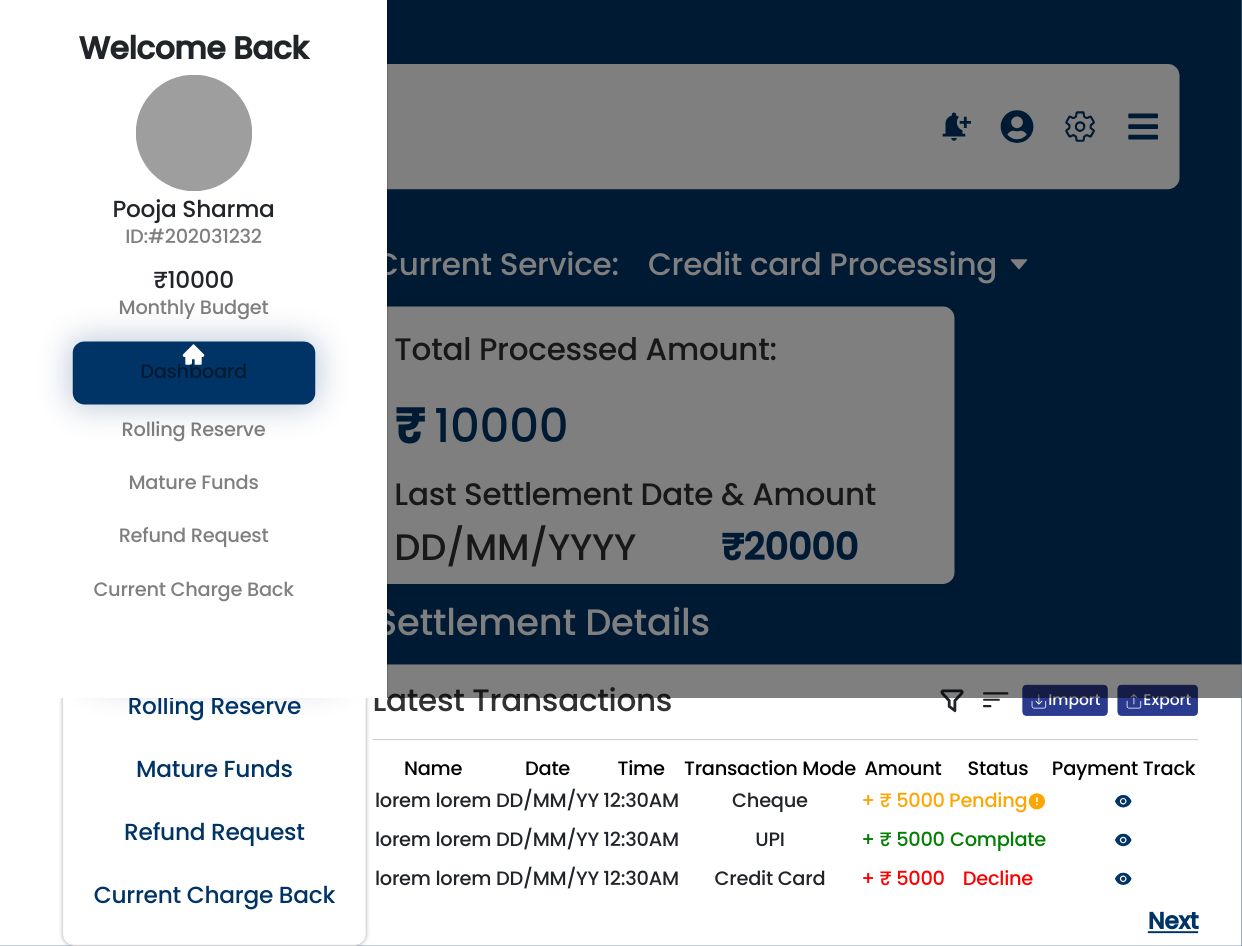
Repository: FlyweisReact/Prashant
Page: /dashboard, after clicking the first element matching `svg.bars`
These files come from the project's save history. The page is drawn as it stood at one moment and after a run of saves; the edit follows.
The browser window is 1280 px wide. The pictures show the whole page, at 97% of full size.
Pictures or frames that could not be fetched are drawn as grey boxes. Some web libraries are served in a nearby version. The project was rebuilt for these pictures with package versions that can differ from the ones it lists, and the page was loaded fresh each time. Also part of the build but not shown: src/Pages/CryptoPayment.jsx, src/Pages/CurrentCharge.jsx, src/Styles/Login.module.css, src/Components/Login/LoginFirstSection.jsx, src/Components/Login/LoginMainSection.jsx, src/Pages/Login.jsx, src/Pages/MatureFund.jsx, src/Pages/OpenBanking.jsx and 12 more.

Above is the page before, as saved 2023-03-23 18:07:48.

### public/index.html
<!DOCTYPE html>
<html lang="en">
  <head>
    <meta charset="utf-8" />
    <link rel="icon" href="%PUBLIC_URL%/favicon.ico" />
    <meta name="viewport" content="width=device-width, initial-scale=1" />
    <meta name="theme-color" content="#000000" />
    <meta
      name="description"
      content="Web site created using create-react-app"
    />
    <link rel="apple-touch-icon" href="%PUBLIC_URL%/logo192.png" />
    <link rel="manifest" href="%PUBLIC_URL%/manifest.json" />
    <title>React App</title>
  </head>
  <body>
    <noscript>You need to enable JavaScript to run this app.</noscript>
    <div id="root"></div>
  </body>
  <style>
    @import url("https://fonts.googleapis.com/css2?family=Lilita+One&family=PT+Sans&family=Poppins:wght@500&display=swap");
  </style>
  <script src="https://kit.fontawesome.com/b533b351e4.js" crossorigin="anonymous"></script>
</html>

### src/App.css
/** @format */

.App {
  text-align: center;
}

.App-logo {
  height: 40vmin;
  pointer-events: none;
}
.font-poppins {
  font-family: "Poppins";
}

@media (prefers-reduced-motion: no-preference) {
  .App-logo {
    animation: App-logo-spin infinite 20s linear;
  }
}

.App-header {
  background-color: #282c34;
  min-height: 100vh;
  display: flex;
  flex-direction: column;
  align-items: center;
  justify-content: center;
  font-size: calc(10px + 2vmin);
  color: white;
}

.App-link {
  color: #61dafb;
}

@keyframes App-logo-spin {
  from {
    transform: rotate(0deg);
  }
  to {
    transform: rotate(360deg);
  }
}


/* Normal Css */
.NotificationModal .NotificationModalFirst{
    margin-top: 5px;
    display: flex;
    align-items: center;
    justify-content: space-between;
}
 .NotificationModal .NotificationModalFirst h1{
font-family: 'Poppins';
font-style: normal;
font-weight: 500;
font-size: 24px;
line-height: 18px;
letter-spacing: -0.28px;
color: #000000;
}

.NotificationModal .close {
  position: relative;
  width: 100%;
  height: 40px;
}
.NotificationModal .fa-x{
  position: absolute;
  right: 0px;
  font-size: 22px;
  cursor: pointer;
}
.NotificationModal p{
  font-family: 'Poppins';
  font-style: normal;
  font-weight: 500;
  font-size: 20px;
  line-height: 18px;
  letter-spacing: -0.28px;
  color: #000000;
}

.NotificationModal .NotificationDiv div h1{
  font-family: 'Poppins';
font-style: normal;
font-weight: 400;
font-size: 16px;
line-height: 18px;
letter-spacing: -0.28px;
width: 70%;
}
.NotificationModal .NotificationDiv div p{
  font-family: 'Poppins';
font-style: normal;
font-weight: 300;
font-size: 10px;
line-height: 18px;
letter-spacing: -0.28px;

color: rgba(0, 0, 0, 0.5);
}
.NotificationModal .NotificationDiv div div{
  display: flex;
  justify-content: space-between;
  align-items: center;
}
.NotificationModal .NotificationDiv div div p{
  font-family: 'Poppins';
font-style: normal;
font-weight: 400;
font-size: 12px;
line-height: 18px;
letter-spacing: -0.28px;
margin: 0;
color: rgba(0, 0, 0, 0.5);
}
.NotificationModal .Time{
  font-family: 'Poppins';
  font-style: normal;
  font-weight: 400;
  font-size: 12px;
  line-height: 18px;
  letter-spacing: -0.28px;
  color:  #003466;
}

.NotificationModal .NotificationDiv{
  display: flex;
align-items: center;
gap: 20px;
}
.NotificationModal .NotificationDiv div img{
  width: 60px;
height: 60px;
border-radius: 50%;
}

.modal.fade .modal-dialog .modal-content{
  border-radius: 0px;
}

/* .bars{
  display: none;
} */




.offSideBarMain {
padding: 10px;
text-align: center;
}
.offSideBarMain  h1{
  text-align: center;
  font-family: 'Poppins';
font-style: normal;
font-weight: 700;
font-size: 32px;
margin-top: 5px;
letter-spacing: -0.28px;
}
.offSideBarMain  div{
  width: 100%;
}
.offSideBarMain  div div{
  text-align: center;
}
.offSideBarMain .upper img{
  width: 120px;
height: 120px;
  border-radius: 50%;
}
.offSideBarMain  div div h1{
  font-family: 'Poppins';
font-style: normal;
font-weight: 500;
font-size: 24px;
letter-spacing: -0.28px;
}
.offSideBarMain  div div p{
  font-family: 'Poppins';
font-style: normal;
margin-top: -10px;
font-weight: 300;
font-size: 20px;
line-height: 30px;
letter-spacing: -0.28px;
color: rgba(0, 0, 0, 0.5);
}
.offSideBarMain .TotalBudgetDiv{
  display: flex;
  align-items: center;
  gap: 20px;
  margin: 15px;
}


.offSideBarMain .LinkBox{
  /* display: flex; */
  /* flex-direction: column; */
  text-align: center;
  margin-top: 20px;
}
.offSideBarMain .LinkBox a{
  text-decoration: none;
}
.offSideBarMain .active{
  width: 250px;
  height: 65px;
  padding-left: 10px;
  padding-right: 10px;
  background: #003466;
  box-shadow: 0px 0px 32px 4px rgba(0, 52, 102, 0.25);
  border-radius: 12px;
  display: flex;
  color: white !important;
  justify-content: center;
  align-items: center;
  gap: 5px;
  display: block;
  margin: auto;
  margin-top: 20px;
  margin-bottom: 20px;
}
.offSideBarMain .active
.offSideBarMain .ruppes{
  text-align: center;
  font-size: 48px;
  margin-bottom: 20px;
}
.offSideBarMain .unactive{
  margin-top: 20px;
  width: 250px;
  height: 65px;
  display: flex;
  display: block;
  margin: auto;
  color:#003466;
  justify-content: center;
  align-items: center;
  gap: 5px;
}
.offSideBarMain .unactive,.active p{
  font-family: 'Poppins';
font-style: normal;
font-weight: 500;
font-size: 24px;
line-height: 36px;
letter-spacing: -0.28px;
}











/* Media Query */
@media (max-width: 780px) {
  .Login_MainDiv__AWrd2 {
    display: block !important;
  }
  .Login_MainDiv__AWrd2 > div {
    width: 100% !important;
    height: 700px !important;
  }
  .Login_LoginMainSection__Yyq5T > div {
    width: 100% !important;
    border-radius: 0px !important;
    box-shadow: none !important;
  }

  .Register_RegisterMainDiv__Hok-C {
    display: block !important;
    width: 100% !important;
  }

  .Register_RegisterFirstSection__0bCb6 > p {
    text-align: center;
    display: block;
    width: 500px;
  }

  .myHr {
    max-width: 400px !important;
    margin: auto !important;
    display: block !important;
  }
  .smallImage {
    width: 100% !important;
  }
  .Register_RegisterMainDiv__Hok-C > div:first-child {
    width: 100% !important;
  }
  .Register_RegisterMainDiv__Hok-C > div:last-child {
    width: 100% !important;
  }
  .Register_InputBoxMain__6Dvtf {
    margin-left: 60px;
  }

  .Register_RegisterTitle__dGsqQ {
    justify-content: center;
  }

  .RegisterTwo_RegisterMainDiv__Oc9\+U {
    display: block !important;
  }
  .RegisterTwo_RegisterMainDiv__Oc9\+U > div:first-child {
    width: 100% !important;
  }

  .RegisterTwo_RegisterMainDiv__Oc9\+U > div:last-child {
    width: 100% !important;
  }

    .bars{
      display: block;
    }
}

### src/Routes/AllRoutes.jsx
import React from "react";
import { Route, Routes } from "react-router-dom";
import { CryptoPayment } from "../Pages/CryptoPayment";
import { CurrentCharge } from "../Pages/CurrentCharge";
import { Dashboard } from "../Pages/Dashboard";
import { Login } from "../Pages/Login";
import { MatureFund } from "../Pages/MatureFund";
import { OpenBanking } from "../Pages/OpenBanking";
import { OtpPage } from "../Pages/OtpPage";
import { Profile } from "../Pages/Profile";
import { RefundRequest } from "../Pages/RefundRequest";
import { Register } from "../Pages/Register";
import { RegisterTwo } from "../Pages/RegisterTwo";
import { RollingReserve } from "../Pages/RollingReserve";

export const AllRoutes = () => {
  return (
    <Routes>
      <Route path="/" element={<Login />} />
      <Route path="/verify-otp" element={<OtpPage />} />
      <Route path="/dashboard" element={<Dashboard />} />
      <Route path="/register" element={<Register />} />
      <Route path="/detail-register" element={<RegisterTwo />} />
      <Route path="/profile" element={<Profile />} />
      <Route path="/rolling-reserve" element={<RollingReserve />} />
      <Route path="/mature-fund" element={<MatureFund />} />
      <Route path="/refund-request" element={<RefundRequest />} />
      <Route path="/current-charge" element={<CurrentCharge />} />
      <Route path="open-banking-service" element={<OpenBanking />} />
      <Route path="/crypto-payment-proccessing" element={<CryptoPayment />} />
    </Routes>
  );
};

### src/Components/SideBar.jsx
import React from "react";
import { AiFillHome } from "react-icons/ai";
import { Link, useLocation } from "react-router-dom";
import styles from "../Styles/SideBar.module.css";
export const SideBar = () => {
  const { pathname } = useLocation();
  return (
    <div className={styles.SideBarMain}>
      <h1>Welcome Back</h1>
      <div>
        <div>
          <img
            src="https://th.bing.com/th/id/OIP.2i5UaEHaQM3PYAYXQyM1AAAAAA?pid=ImgDet&rs=1"
            alt="img"
          />
          <h1>Pooja Sharma</h1>
          <p>ID:#202031232</p>
          <div className={styles.TotalBudgetDiv}>
            <h1>&#x20b9;</h1>
            <h1>10000</h1>
          </div>
          <p>Monthly Budget</p>
        </div>
      </div>
      <div className={styles.LinkBox}>
        <Link to={"/dashboard"}>
          <div
            className={
              pathname === "/dashboard" ? styles.active : styles.unactive
            }
          >
            <AiFillHome size={25} />
            <p>Dashboard</p>
          </div>
        </Link>
        <Link to={"/rolling-reserve"}>
          <div
            className={
              pathname === "/rolling-reserve" ? styles.active : styles.unactive
            }
          >
            <p>Rolling Reserve</p>
          </div>
        </Link>
        <Link to={"/mature-fund"}>
          <div
            className={
              pathname === "/mature-fund" ? styles.active : styles.unactive
            }
          >
            <p>Mature Funds</p>
          </div>
        </Link>
        <Link to={"/refund-request"}>
          <div
            className={
              pathname === "/refund-request" ? styles.active : styles.unactive
            }
          >
            <p>Refund Request</p>
          </div>
        </Link>
        <Link to={"/current-charge"}>
          <div
            className={
              pathname === "/current-charge" ? styles.active : styles.unactive
            }
          >
            <p>Current Charge Back</p>
          </div>
        </Link>
      </div>
    </div>
  );
};

### src/Components/TotalAmountSection.jsx
import React from "react";
import styles from "../Styles/TotalAmountSection.module.css";
export const TotalAmountSection = () => {
  return (
    <div className={styles.MainDiv}>
      <h1>Total Processed Amount:</h1>
      <div className={styles.TotalBudgetDiv}>
        <h1>&#x20b9;</h1>
        <h1>10000</h1>
      </div>
      <h1>Last Settlement Date & Amount</h1>
      <div className={styles.DateSection}>
        <div>
          <p>DD/MM/YYYY</p>
          <h2>&#x20b9;{20000}</h2>
        </div>
      </div>
    </div>
  );
};

### src/Components/CardProccessingModal.jsx
import React from "react";
import { MdOutlineClose } from "react-icons/md";
import { Link } from "react-router-dom";
import styles from "../Styles/CardProccessingModal.module.css";
export const CardProccessingModal = ({ OpenModal, HandleModal }) => {
  console.log(OpenModal);
  return (
    <div className={OpenModal ? styles.modalVisible : styles.modal}>
      <div className={styles.ModalMainDiv}>
        <MdOutlineClose
          onClick={() => HandleModal()}
          size={25}
          className={styles.CloseICon}
        />
        <div>
          <Link to={""}>Credit Card Processing</Link>
          <hr />
          <Link to={"/open-banking-service"}>Open Banking Service</Link>
          <hr />
          <Link to={"/crypto-payment-proccessing"}>
            Crypto payment processing
          </Link>
        </div>
      </div>
    </div>
  );
};

### src/Components/DeclineModal.jsx
import React from "react";
import { MdOutlineClose } from "react-icons/md";
import styles from "../Styles/DeclineModal.module.css";
import { IoMdCheckmarkCircle } from "react-icons/io";
import { RiErrorWarningFill } from "react-icons/ri";
import { BsCircleFill } from "react-icons/bs";
export const DeclineModal = ({ OpenModal, HandleModal }) => {
  return (
    <div className={OpenModal ? styles.modalVisible : styles.modal}>
      <div className={styles.ModalMainDiv}>
        <MdOutlineClose
          onClick={() => HandleModal()}
          size={25}
          className={styles.CloseICon}
        />
        <div>
          <h1>Payment Details</h1>
          <hr style={{ height: "4px", background: "white" }} />
          <div className={styles.paymentDetailMainDiv}>
            <div className={styles.PaymentDetails}>
              <div>
                <p>Transaction ID:</p>
                <p>545454545</p>
              </div>
              <div>
                <p>To:</p>
                <p>Loren loren Epsom ( Company Name)</p>
              </div>
              <div>
                <p>From:</p>
                <p>Loren loren Epsom (Merchant Company)</p>
              </div>
              <div>
                <p>Transaction Mode:</p>
                <p>Card</p>
              </div>
            </div>
            <div className={styles.paymentTimeline}>
              <p>Payment Timeline</p>
              <div>
                <div className={styles.VerticalLine}></div>
                <div className={styles.PaymentStatus}>
                  <IoMdCheckmarkCircle
                    size={25}
                    className={styles.Icons}
                    color="green"
                  />
                  <p>Payment Started</p>
                </div>
                <div className={styles.PaymentStatus}>
                  <RiErrorWarningFill
                    size={25}
                    className={styles.Icons}
                    color="red"
                  />
                  <p>Payment Failed To complete</p>
                </div>
                <div className={styles.PaymentStatus}>
                  <BsCircleFill
                    size={25}
                    className={styles.Icons}
                    color="white"
                  />
                  <p>Payment Successful</p>
                </div>
              </div>
              <hr />
              <div className={styles.ReasonsDiv}>
                <p>Reason:</p>
                <p> Account Coded (Credit Rating) </p>
              </div>
              <div className={styles.ReasonsDiv}>
                <p>Code:</p>
                <p> 505 </p>
              </div>
              <div className={styles.ReasonsDiv}>
                <p>Description:</p>
                <p>
                  {" "}
                  The account the customer used for the attempted transaction
                  has a negative credit rating.{" "}
                </p>
              </div>
            </div>
          </div>
        </div>
      </div>
    </div>
  );
};

### src/Styles/SideBar.module.css
.SideBarMain{
    position: absolute;
    width: 314px;
/* height: 789px; */
left: 25%px;
top: 35%;
background: #FFFFFF;
border: 1px solid #D9D9D9;
box-shadow: 0px 0px 4px rgba(0, 0, 0, 0.25);
border-radius: 12px;
padding: 10px;
}
.SideBarMain>h1{
    text-align: center;
    font-family: 'Poppins';
font-style: normal;
font-weight: 700;
font-size: 32px;
margin-top: 5px;
letter-spacing: -0.28px;
}
.SideBarMain>div{
    width: 100%;
    display: flex;
    align-items: center;
    justify-content: center;
}
.SideBarMain>div>div{
    text-align: center;
}
.SideBarMain>div>div>img{
    width: 120px;
height: 121px;
    border-radius: 50%;
}
.SideBarMain>div>div>h1{
    font-family: 'Poppins';
font-style: normal;
font-weight: 500;
font-size: 24px;
letter-spacing: -0.28px;
}
.SideBarMain>div>div>p{
    font-family: 'Poppins';
font-style: normal;
margin-top: -10px;
font-weight: 300;
font-size: 20px;
line-height: 30px;
letter-spacing: -0.28px;
color: rgba(0, 0, 0, 0.5);
}
.TotalBudgetDiv{
    display: flex;
    align-items: center;
    gap: 20px;
    margin: 15px;
}
.TotalBudgetDiv>h1:first-child{
    font-family: 'Poppins';
font-style: normal;
font-weight: 700;
font-size: 48px;
line-height: 72px;
letter-spacing: -0.28px;
}
.TotalBudgetDiv>h1{
    font-family: 'Poppins';
    font-style: normal;
    font-weight: 500;
    font-size: 48px;
    line-height: 72px;
    margin: 0;
    letter-spacing: -0.28px;
}
.LinkBox{
    display: flex;
    flex-direction: column;
    margin-top: 20px;
}
.LinkBox>a{
    text-decoration: none;
}
.active{
    width: 250px;
    height: 65px;
    padding-left: 10px;
    padding-right: 10px;
    background: #003466;
    box-shadow: 0px 0px 32px 4px rgba(0, 52, 102, 0.25);
    border-radius: 12px;
    display: flex;
    color: white;
    justify-content: center;
    align-items: center;
    gap: 5px;

}
.unactive{
    width: 250px;
    height: 65px;
    display: flex;

    color:#003466;
    justify-content: center;
    align-items: center;
    gap: 5px;
}
.unactive,.active >p{
    font-family: 'Poppins';
font-style: normal;
font-weight: 500;
font-size: 24px;
line-height: 36px;
letter-spacing: -0.28px;
}

### src/Styles/TotalAmountSection.module.css
.MainDiv{
    display:flex;
    flex-direction: column;
    margin-top: 20px;
    width: 72%;
height: 286px;
background: #FFFFFF;
box-shadow: 0px 0px 10px rgba(0, 52, 102, 0.3);
border-radius: 12px;
}
.MainDiv>h1{
    font-family: 'Poppins';
    font-style: normal;
    font-weight: 500;
    font-size: 32px;
    line-height: 48px;
    letter-spacing: -0.28px;
    color: #333131;
    margin: 20px;
}
.TotalBudgetDiv{
    display: flex;
    align-items: center;
    gap: 30px;
    margin-left: 20px;
  margin-top: -30px;
  margin-bottom: -40px;
}
.TotalBudgetDiv>h1:first-child{
    font-family: 'Poppins';
font-style: normal;
font-weight: 700;
margin: 0;
font-size: 50px;
line-height: 72px;
letter-spacing: -0.28px;
color: #003466;
}
.TotalBudgetDiv>h1{
    font-family: 'Poppins';
    font-style: normal;
    font-weight: 500;
    font-size: 48px;
    line-height: 72px;
    margin: 0;
    letter-spacing: -0.28px;
    color: #003466;
}
.DateSection>div{
    width: 80%;
    margin-top: -50px;
    /* background-color: rebeccapurple; */
    display: flex;
    justify-content: space-between;
    align-items: center;
    margin-left: 20px;
}
.DateSection>div>p{
   font-family: 'Poppins';
font-style: normal;
font-weight: 500;
font-size: 38px;
line-height: 60px;
/* identical to box height */
margin: 0;
letter-spacing: -0.28px;
color: #333131;
}
.DateSection>div>h2{
    margin: 0;
    font-family: 'Poppins';
font-style: normal;
font-weight: 600;
font-size: 38px;
line-height: 60px;
letter-spacing: -0.28px;
color: #003466;
}

### src/Styles/CardProccessingModal.module.css
.modal{
    display: none;
  position: fixed;
  z-index: 1;
  left: 0%;
  top: 0;
  width: 100%;
  height: 100%;
  overflow: auto;
  background-color: rgb(0,0,0);
  background-color: rgba(0,0,0,0.4);
}
.modalVisible{
    display :block;
    position: fixed;
    z-index: 1;
    left: 0%;
    top: 0;
    width: 100%;
    height: 100%;
    /* margin-bottom: 20px; */
    overflow: auto;
    background-color: rgb(0,0,0);
    background-color: rgba(0,0,0,0.4);
}
.CloseICon{
    position: absolute;
    right: 3%;
    top: 5%;
    cursor: pointer;
}
.MainTitle{
    display: flex;
    border: 1px solid blue;
}
.ModalMainDiv{
    position:absolute;
    margin: auto;
    /* width: 435px; */
height: 221px;
background: #FFFFFF;
border-radius: 4px;

    top: 38%;
    left: 60%;

}
.ModalMainDiv>div{
    margin: 30px;
}
.ModalMainDiv>div>a{
    text-decoration: none;
    height: 50px;
    font-family: 'Poppins';
font-style: normal;
font-weight: 500;
font-size: 32px;
line-height: 40px;
letter-spacing: -0.28px;

color: #333333;
}

Loaded but not shown: src/index.css (common file); src/reportWebVitals.js (common file); src/index.js (18 lines, source omitted); src/App.js (13 lines, source omitted); src/Components/Dashboard/UserInfoPopUp.jsx (216 lines, source omitted); src/Pages/Dashboard.jsx (184 lines, source omitted); src/Styles/Dashboard.module.css (205 lines, source omitted); src/Components/PaymentPendingModal.jsx (96 lines, source omitted); src/Styles/PaymentPendingModal.module.css (195 lines, source omitted); src/Styles/DeclineModal.module.css (195 lines, source omitted)

After the next 2 saves:
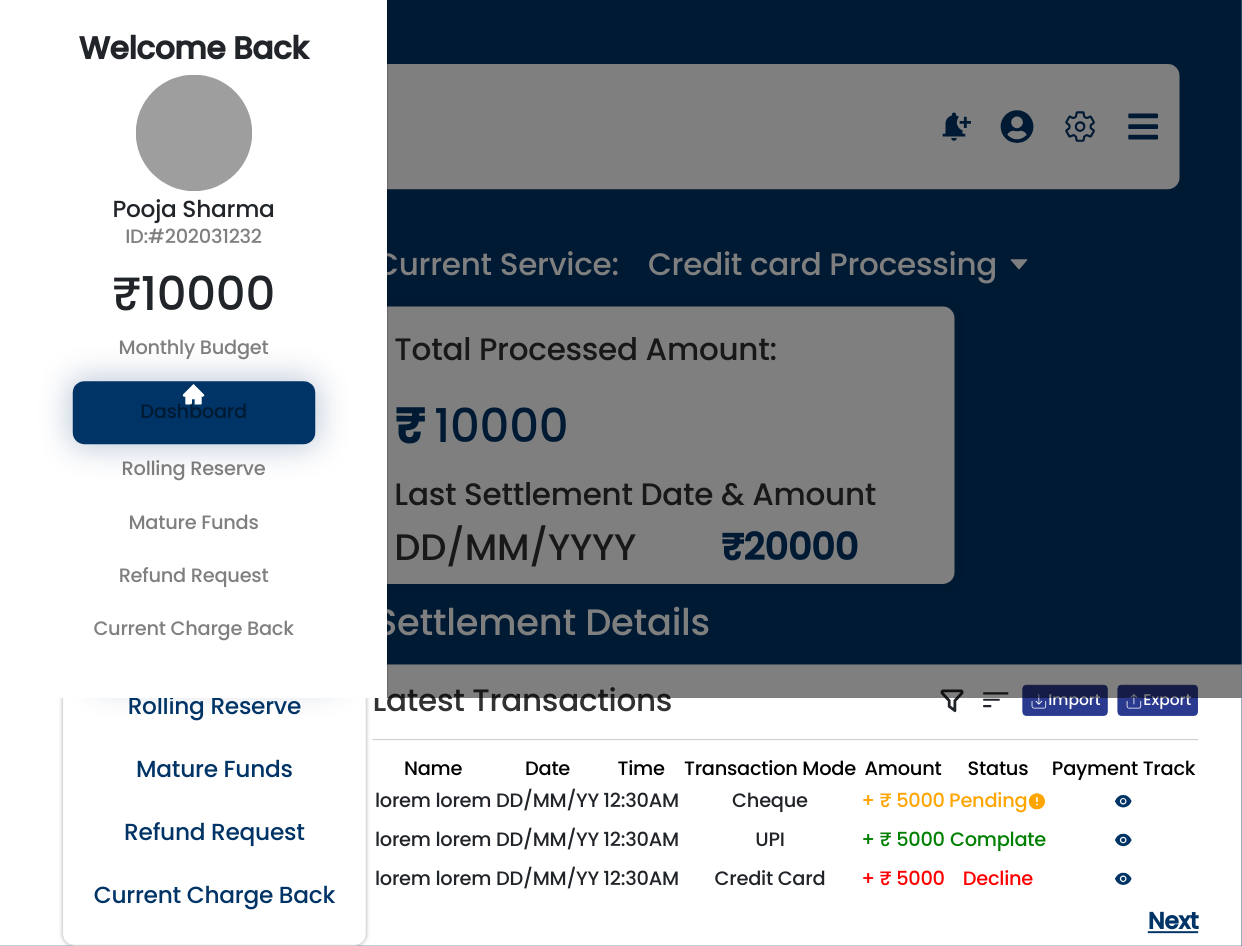
The 2 saves are shown as one change because they came seconds apart.
The last was saved 11 s later.
--- a/src/App.css
+++ b/src/App.css
@@ -223,7 +223,9 @@ color: rgba(0, 0, 0, 0.5);
   margin-top: 20px;
   margin-bottom: 20px;
 }
-.offSideBarMain .active
+.offSideBarMain .LinkBox p {
+
+}
 .offSideBarMain .ruppes{
   text-align: center;
   font-size: 48px;
